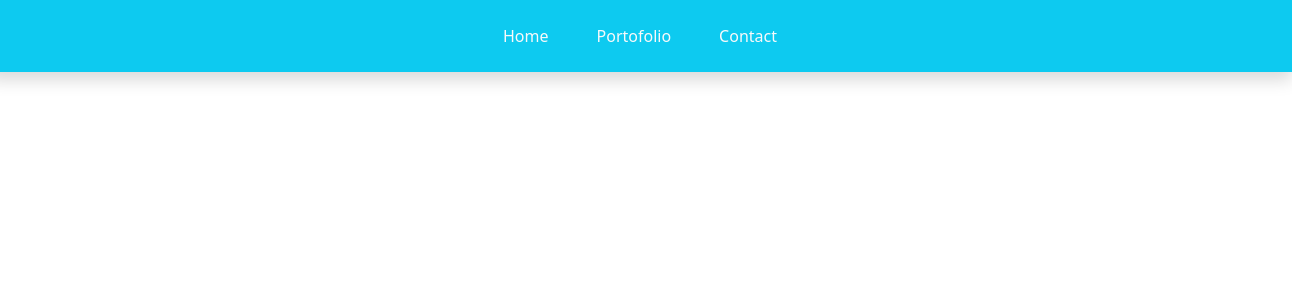
Repository: AHSANS354/Tugas-MSIB-5-GitHub
Page: tugas/tugas bootsrap/Home.html
The author's editor kept a copy of each file at every save. The page is drawn from the files as they stood at one save, then again after the next save.
The browser window is 1280 px wide. The page is 1292 px wide, so the pictures cover 1292 px, including what lies to the right of the window. The pictures show the whole page.

Above is the page before, as saved 2023-09-19 16:12:12.

After the next save:
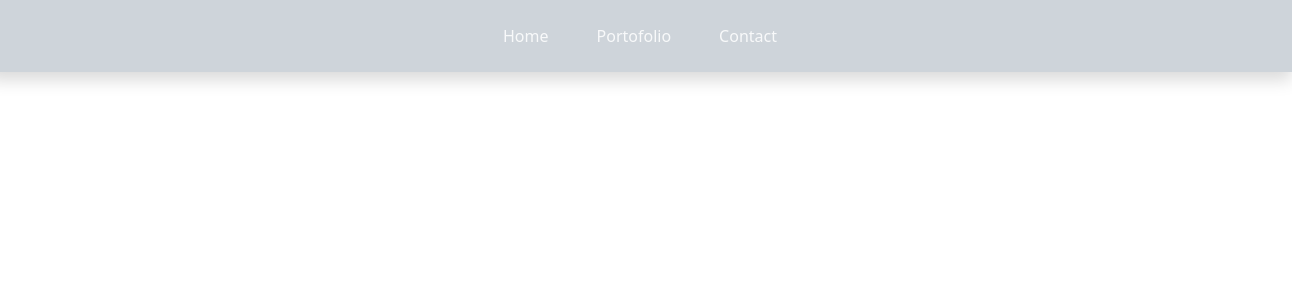
Saved 37 s later.
--- a/tugas/tugas bootsrap/Home.html
+++ b/tugas/tugas bootsrap/Home.html
@@ -9,7 +9,7 @@
   <body>
     <div class="home">
       <div class="row">
-        <ul class="nav justify-content-center bg-info p-3 gap-3 shadow">
+        <ul class="nav justify-content-center bg-dark-subtle p-3 gap-3 shadow">
           <li class="nav-item">
             <a class="nav-link text-light" href="home.html">Home</a>
           </li>
